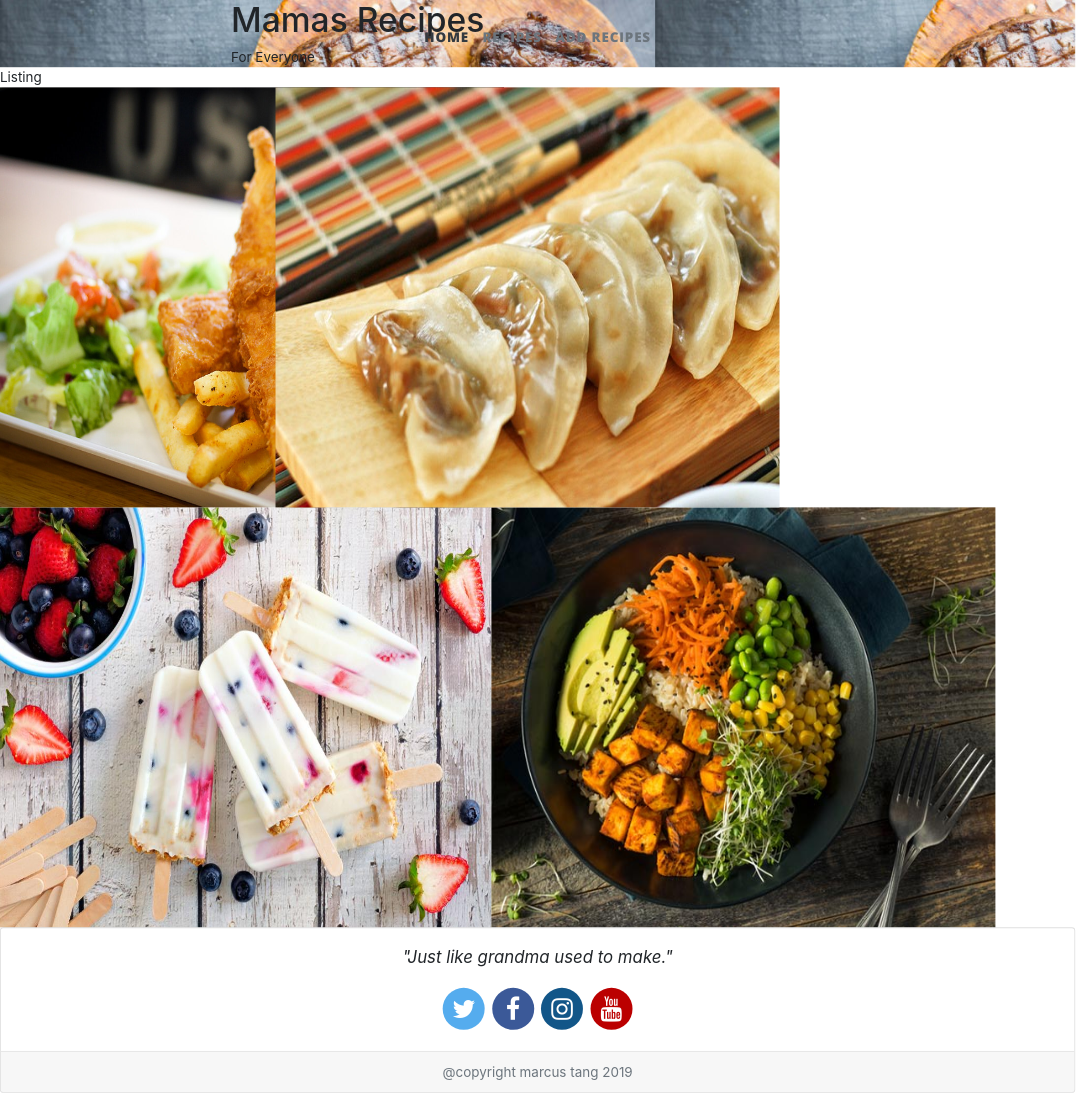
Repository: marstangg/mamasrecipes
Page: templates/index.html
The author's editor kept a record of every edit. The page is drawn from the files as they stood at one moment, then again after the next edit.
The browser window is 1280 px wide. The page is 1295 px wide, so the pictures cover 1295 px, including what lies to the right of the window. The pictures show the whole page, at 84% of full size.
Some web libraries are served in a nearby version. The template is drawn by Flask 3. The application's start-up code is not run. Other server files are loaded and not shown. The template is opened directly, without the code that normally fills it, so the values that code supplies are empty.

Above is the page before.

### templates/index.html
{% extends 'base.html' %}

{% block content %}
  <!--Page Header -->
  <header class="masthead" style="background-image: url('static/img/mamasrecipe.jpg')">
    <div class="overlay"></div>
    <div class="container">
      <div class="row">
        <div class="col-lg-8 col-md-10 mx-auto">
          <div class="site-heading">
            <h1>Mamas Recipes</h1>
            <span class="subheading">For Everyone</span>
          </div>
        </div>
      </div>
    </div>
  </header>
  Listing
  <div class="row">
    <div class="col-3">
      <img src="static/img/western.jpg" alt="western" width="600" height="500">
    </div>
    <div class="col-3">
      <img src="static/img/gyoza.jpg" alt="asian" width="600" height="500">
    </div>
    <div class="col-3">

    </div>
    <div class="col-3">

    </div>
    <img src="static/img/dessert.jpg" alt="dessert"width="600" height="500">
    <img src="static/img/vege.jpg" alt="veg"width="600" height="500">
  </div>
{% endblock %}

### templates/base.html
<!doctype html>
<html lang="en">

<head>
  <!-- Required meta tags -->
  <meta charset="utf-8">
  <meta name="viewport" content="width=device-width, initial-scale=1, shrink-to-fit=no">

  <!-- Custom fonts for this template -->
  <link rel="stylesheet" href="https://cdnjs.cloudflare.com/ajax/libs/font-awesome/4.7.0/css/font-awesome.min.css">
  <link href='https://fonts.googleapis.com/css?family=Lora:400,700,400italic,700italic' rel='stylesheet' type='text/css'>
  <link href='https://fonts.googleapis.com/css?family=Open+Sans:300italic,400italic,600italic,700italic,800italic,400,300,600,700,800' rel='stylesheet' type='text/css'>

  <!-- Bootstrap CSS -->
  <link rel="stylesheet" href="https://maxcdn.bootstrapcdn.com/bootstrap/4.0.0/css/bootstrap.min.css" integrity="sha384-Gn5384xqQ1aoWXA+058RXPxPg6fy4IWvTNh0E263XmFcJlSAwiGgFAW/dAiS6JXm" crossorigin="anonymous">

  <!-- Custom styles for this template -->
  <link href="/static/css/style.css" rel="stylesheet">

  <title>Mama's Recipe | A portal for everyone to share their mama's recipes</title>
</head>

<body>
  <!-- Navigation -->
  <nav class="navbar navbar-expand-lg navbar-light fixed-top {% block navbg %} bg-transparent {% endblock %}" id="mainNav">
    <div class="container">

      <button class="navbar-toggler navbar-toggler-right text-white" type="button" data-toggle="collapse" data-target="#navbarResponsive" aria-controls="navbarResponsive" aria-expanded="false" aria-label="Toggle navigation">
        Menu
      </button> {% block navbrand %} {% endblock %}
      <div class="collapse navbar-collapse" id="navbarResponsive">
        <ul class="navbar-nav mx-auto mt-4">
          <a class="nav-item mx-2 {% block navhome %} text-dark {% endblock %}" href="{{url_for('index')}}"> Home </a>
          <a class="nav-item mx-2 {% block navrecipes %} text-secondary {% endblock %}" href="{{url_for('recipes')}}"> Recipes</a>
          <a class="nav-item mx-2 {% block navadd %} text-secondary {% endblock %}" href="{{url_for('recipe_add')}}"> Add Recipes</a>
        </ul>
      </div>
    </div>
  </nav>

  {% block content %} {% endblock %}

  <footer>
    <div class="card text-center">
      <div class="card-body">
        <!--<h5 class="card-title">""</h5>-->
        <blockquote class="blockquote">
          <p class="mb-0 font-italic">"Just like grandma used to make."</p>
        </blockquote>

        <div>
          <a href="#" class="fa fa-twitter"></a>
          <a href="#" class="fa fa-facebook"></a>
          <a href="#" class="fa fa-instagram"></a>
          <a href="#" class="fa fa-youtube"></a>
    </div>

      </div>
      <div class="card-footer text-muted">
        @copyright marcus tang 2019
      </div>
    </div>
  </footer>
  <!-- Optional JavaScript -->
  <!-- jQuery first, then Popper.js, then Bootstrap JS -->
  <script src="https://code.jquery.com/jquery-3.2.1.slim.min.js" integrity="sha384-KJ3o2DKtIkvYIK3UENzmM7KCkRr/rE9/Qpg6aAZGJwFDMVNA/GpGFF93hXpG5KkN" crossorigin="anonymous"></script>
  <script src="https://cdnjs.cloudflare.com/ajax/libs/popper.js/1.12.9/umd/popper.min.js" integrity="sha384-ApNbgh9B+Y1QKtv3Rn7W3mgPxhU9K/ScQsAP7hUibX39j7fakFPskvXusvfa0b4Q" crossorigin="anonymous"></script>
  <script src="https://maxcdn.bootstrapcdn.com/bootstrap/4.0.0/js/bootstrap.min.js" integrity="sha384-JZR6Spejh4U02d8jOt6vLEHfe/JQGiRRSQQxSfFWpi1MquVdAyjUar5+76PVCmYl" crossorigin="anonymous"></script>
</body>

</html>

Loaded but not shown: static/css/style.css (common file)

After the next edit:
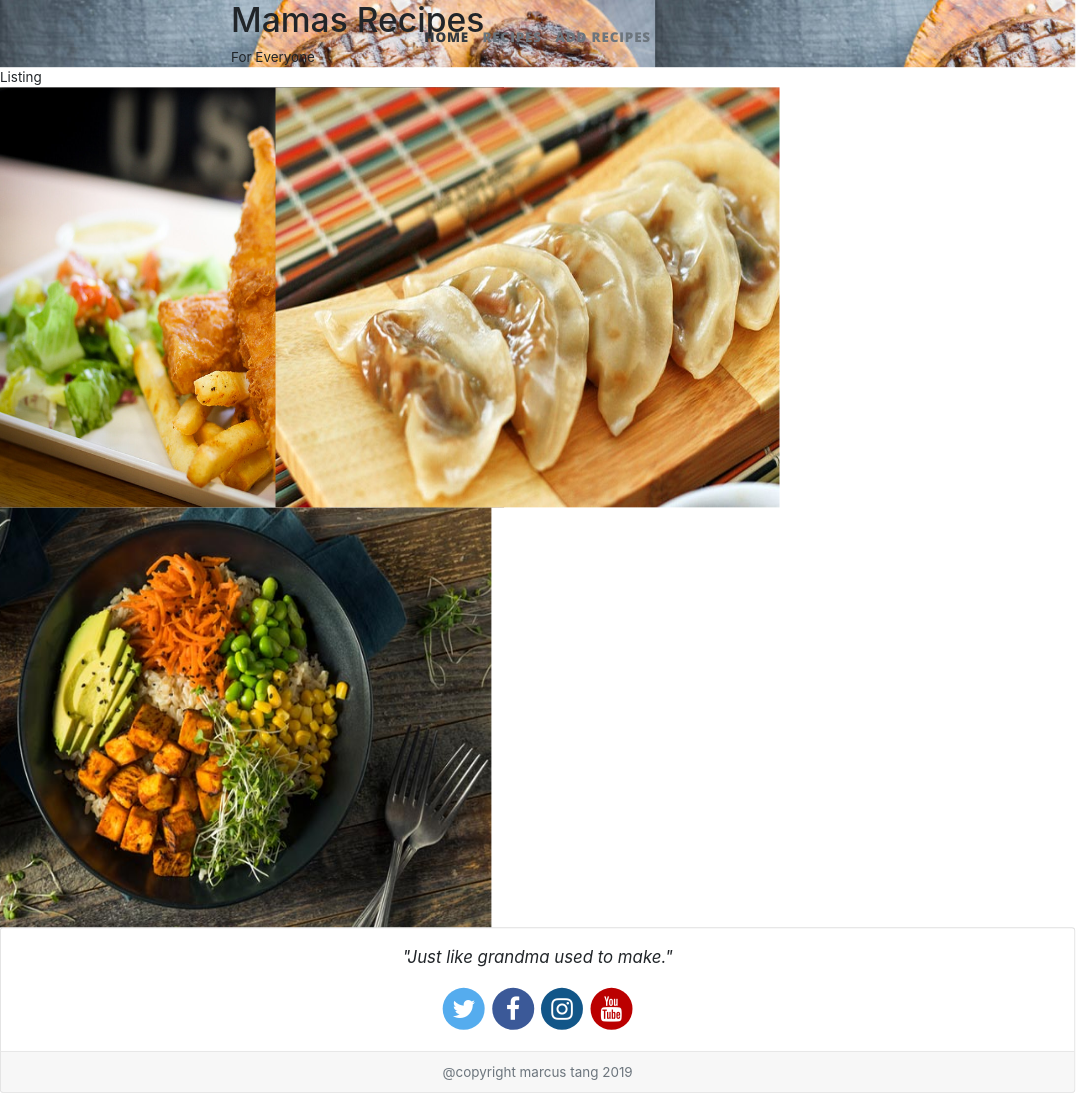
The edit:
--- a/templates/index.html
+++ b/templates/index.html
@@ -29,7 +29,7 @@
     <div class="col-3">
 
     </div>
-    <img src="static/img/dessert.jpg" alt="dessert"width="600" height="500">
+
     <img src="static/img/vege.jpg" alt="veg"width="600" height="500">
   </div>
 {% endblock %}
